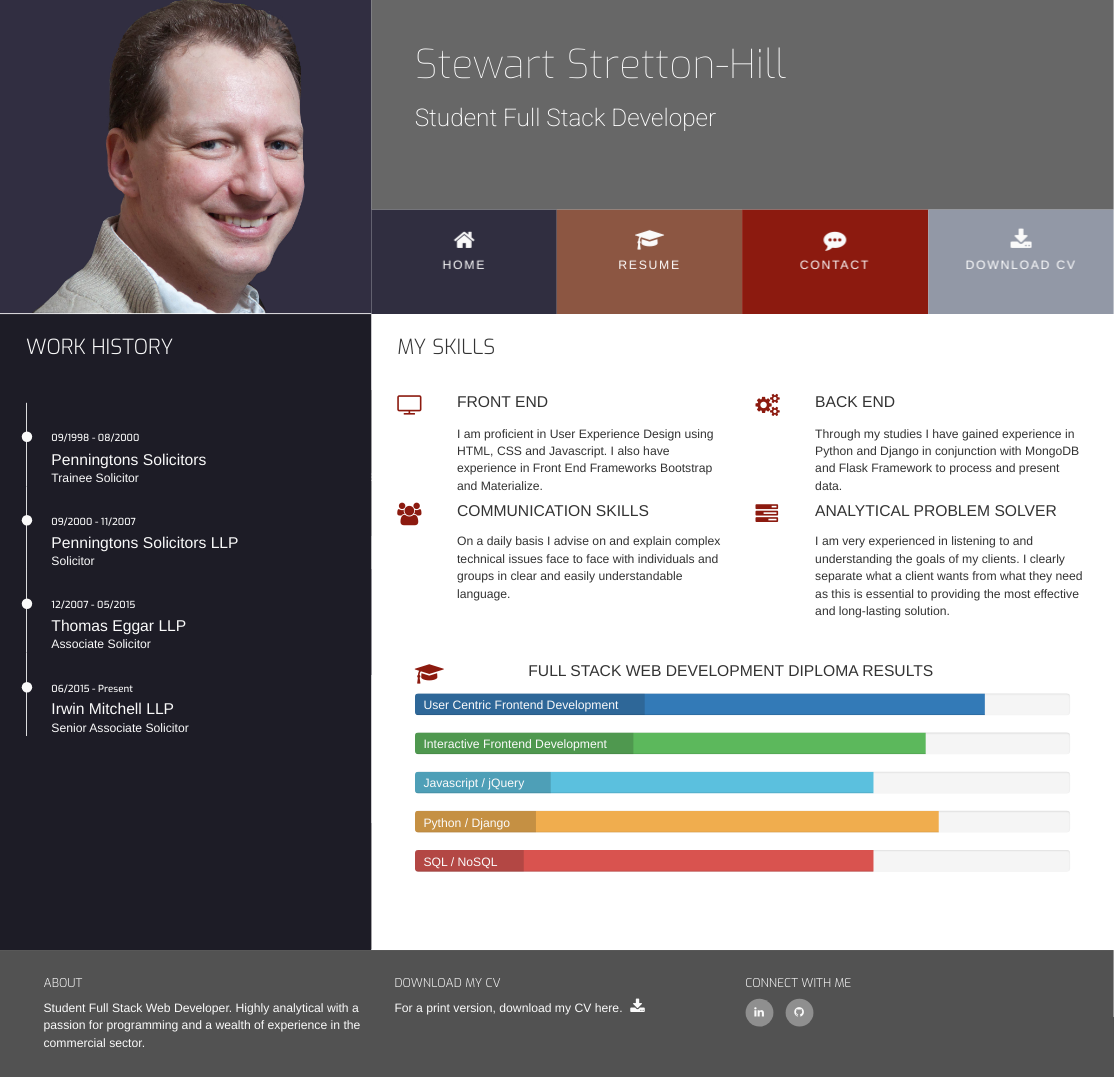
Repository: Shilldon/CV
Page: resume.html
The author's editor kept a record of every edit. The page is drawn from the files as they stood at one moment, then again after the next edit.
The browser window is 1280 px wide. The pictures show the whole page, at 87% of full size.

Above is the page before.

After the next edit:
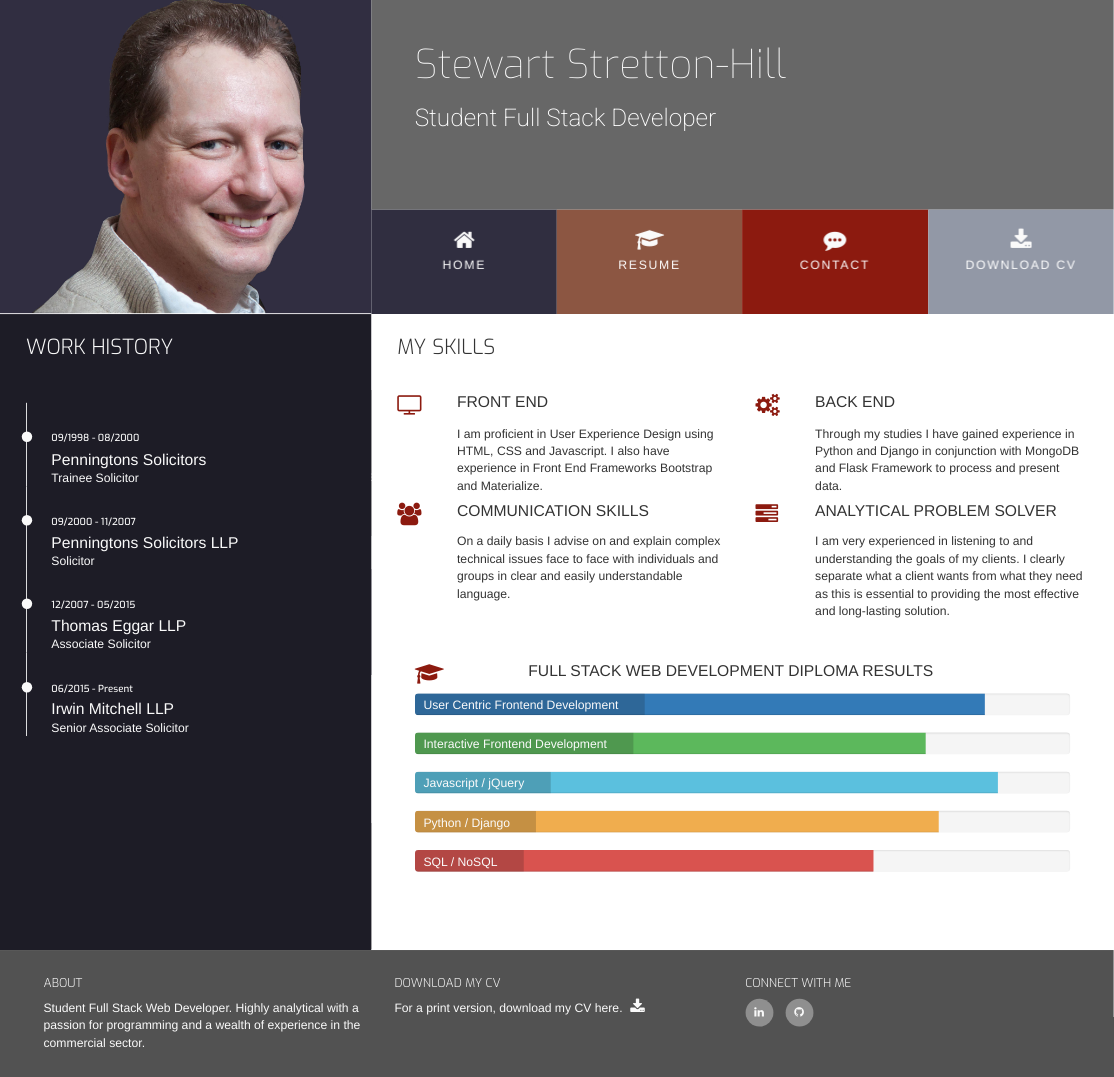
The edit:
--- a/resume.html
+++ b/resume.html
@@ -159,8 +159,8 @@
                         <span class="progress-type">Interactive Frontend Development</span>
                     </div>
                     <div class="progress">
-                        <div class="progress-bar progress-bar-info" role="progressbar" aria-valuenow="70" aria-valuemin="0" aria-valuemax="100" style="width:70%">
-                            <span class="sr-only"> 70% </span>
+                        <div class="progress-bar progress-bar-info" role="progressbar" aria-valuenow="89" aria-valuemin="0" aria-valuemax="100" style="width:89%">
+                            <span class="sr-only"> 89% </span>
                             <!-- screen reader only - sr-only -->
                         </div>
                         <span class="progress-type">Javascript / jQuery</span>
